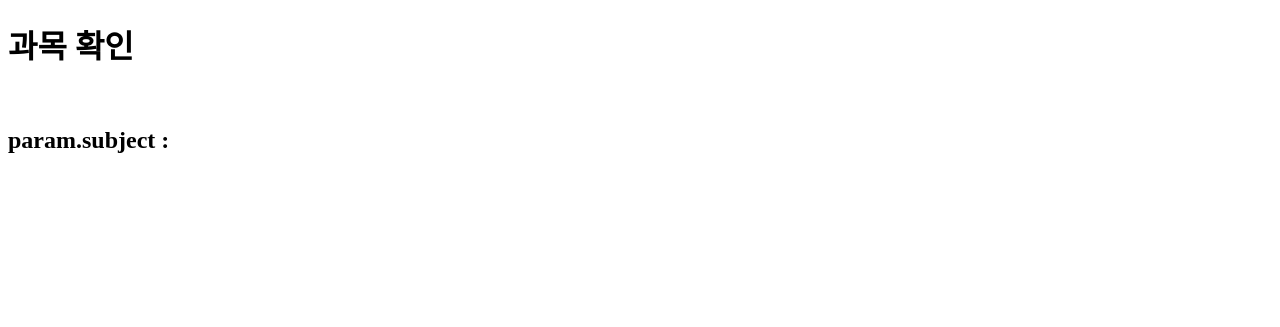
Repository: Jh1227/JSP
Page: http://localhost/12_EL/ex02_param/02_formRes.jsp
These files come from the project's save history. The page is drawn as it stood at one moment and after the next save; the edit follows.
The browser window is 1280 px wide. The pictures show the whole page.
The page is served by Tomcat 9. Other server files are loaded and not shown.

Above is the page before, as saved 2023-04-10 00:44:54.

### 12_EL/src/main/webapp/ex02_param/02_formRes.jsp

<!-- ex02_param/02_formRes.jsp -->

<%@ page language="java" contentType="text/html; charset=UTF-8"
    pageEncoding="UTF-8"%>
<!DOCTYPE html>
<html>
<head>
<meta charset="UTF-8">
<title>02_formRes.jsp</title>
</head>
<body>
	<h1>과목 확인</h1>
	<br>
	<h2>
		param.subject : ${ param.subject }
	</h2>
</body>
</html>

After the next save:
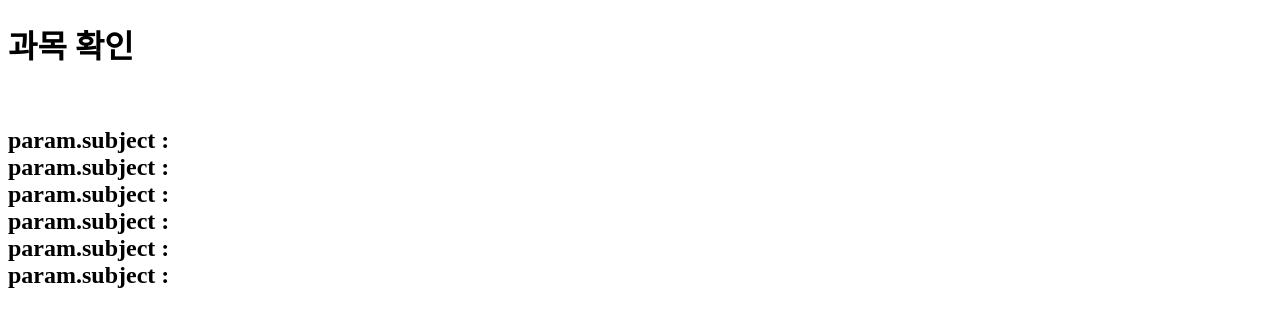
Saved 60 s later.
--- a/12_EL/src/main/webapp/ex02_param/02_formRes.jsp
+++ b/12_EL/src/main/webapp/ex02_param/02_formRes.jsp
@@ -13,7 +13,12 @@
 	<h1>과목 확인</h1>
 	<br>
 	<h2>
-		param.subject : ${ param.subject }
+		param.subject : ${ param.subject } <br>
+		param.subject : ${ param.subject[0] } <br>
+		param.subject : ${ param.subject[0] } <br>
+		param.subject : ${ param.subject[0] } <br>
+		param.subject : ${ param.subject[0] } <br>
+		param.subject : ${ param.subject[0] } <br>
 	</h2>
 </body>
 </html>
